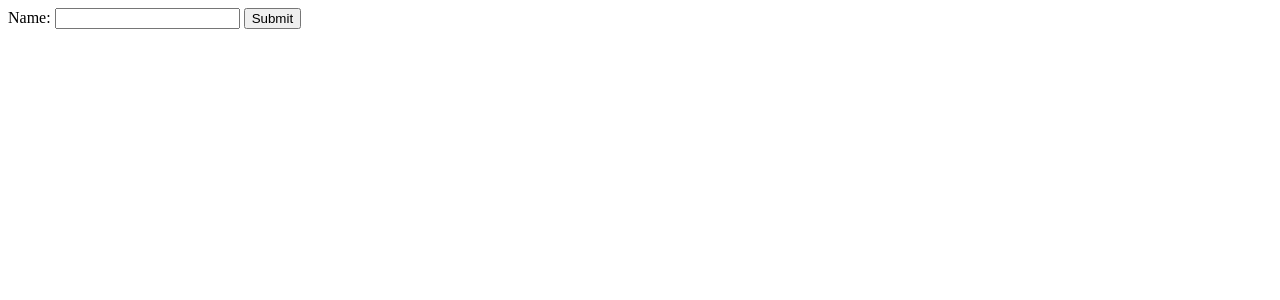
Repository: feefifofannie/SapientNitroTraining
Page: WebProject/WebContent/FormDemo.html
The author's editor kept a copy of each file at every save. The page is drawn from the files as they stood at one save, then again after the next save.
The browser window is 1280 px wide. The pictures show the whole page.

Above is the page before, as saved 2015-09-10 09:51:47.

### WebProject/WebContent/FormDemo.html
<!DOCTYPE html>
<html>
<head>
<script>
function validateForm() {
    var x = document.forms["myForm"]["fname"].value;
    if (x == null || x == "") {
        alert("Name must be filled out");
        return false;
    }
}
</script>
</head>
<body>

<form name="myForm" action="demo_form.asp"
onsubmit="return validateForm()" method="post">
Name: <input type="text" name="fname">
<input type="submit" value="Submit">
</form>

</body>
</html>

After the next save:
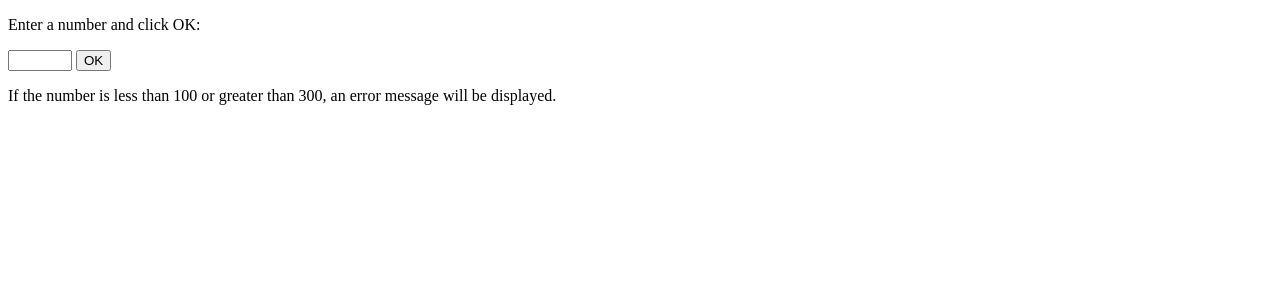
Saved 117 s later.
--- a/WebProject/WebContent/FormDemo.html
+++ b/WebProject/WebContent/FormDemo.html
@@ -1,23 +1,26 @@
 <!DOCTYPE html>
 <html>
-<head>
+<body>
+
+<p>Enter a number and click OK:</p>
+
+<input id="id1" type="number" min="100" max="300">
+<button onclick="myFunction()">OK</button>
+
+<p>If the number is less than 100 or greater than 300, an error message will be displayed.</p>
+
+<p id="demo"></p>
+
 <script>
-function validateForm() {
-    var x = document.forms["myForm"]["fname"].value;
-    if (x == null || x == "") {
-        alert("Name must be filled out");
-        return false;
+function myFunction() {
+    var inpObj = document.getElementById("id1");
+    if (inpObj.checkValidity() == false) {
+        document.getElementById("demo").innerHTML = inpObj.validationMessage;
+    } else {
+        document.getElementById("demo").innerHTML = "Input OK";
     }
 }
 </script>
-</head>
-<body>
-
-<form name="myForm" action="demo_form.asp"
-onsubmit="return validateForm()" method="post">
-Name: <input type="text" name="fname">
-<input type="submit" value="Submit">
-</form>
 
 </body>
 </html>
